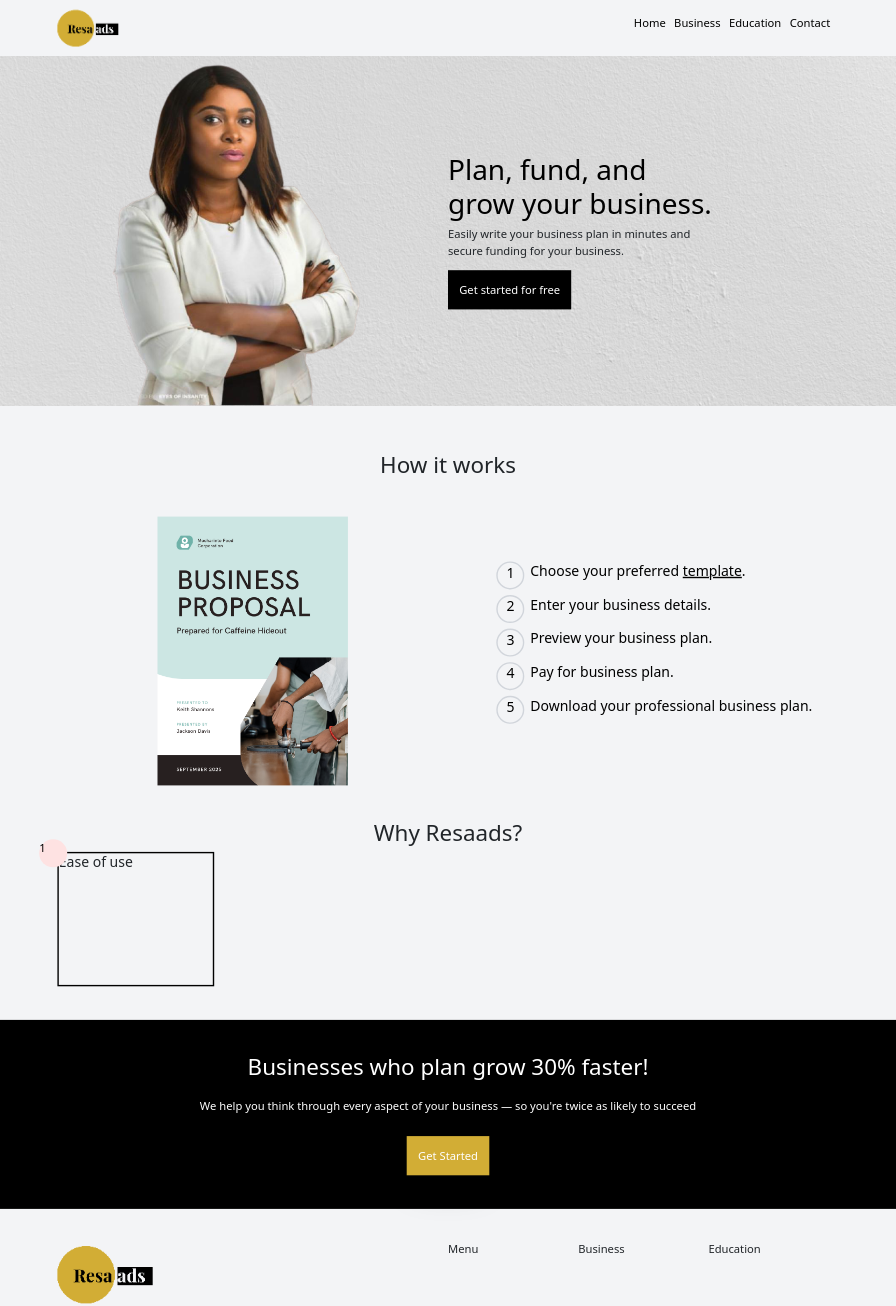
Repository: latenightsnacc/resaads-consults
Page: index.html
An editor plug-in stored every save of this project. The page is shown before and after the next save, followed by the edit.
The browser window is 1280 px wide. The pictures show the whole page, at 70% of full size.
Some web libraries are served in a nearby version.

Above is the page before, as saved 2021-08-05 12:35:20.

After the next save:
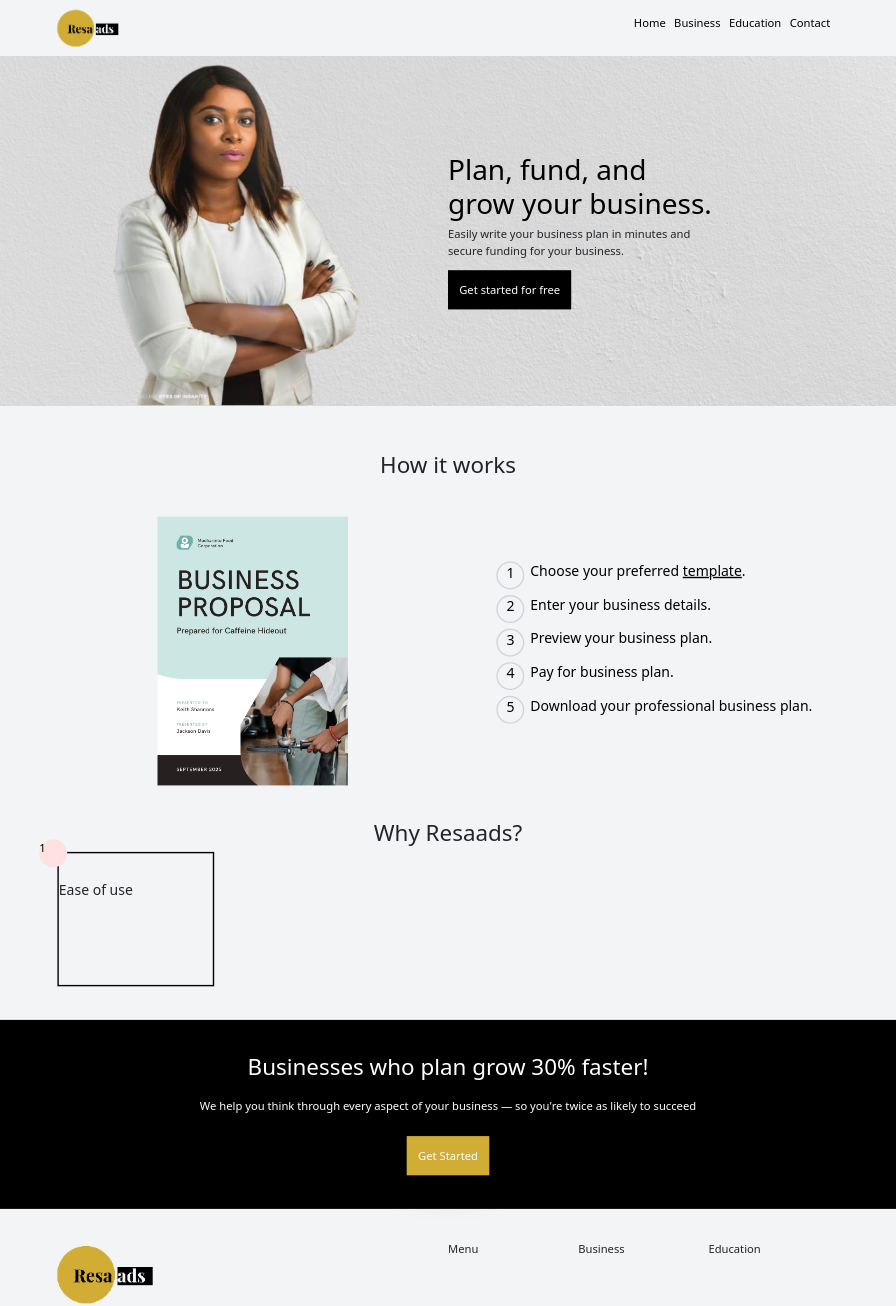
Saved 21 s later.
--- a/index.html
+++ b/index.html
@@ -128,7 +128,7 @@
                                     <div class="text-black bg-red-100 rounded-full w-10 h-10">1</div>
                                 </div>
                             </div>
-                            <h5>Ease of use</h5>
+                            <h5 class="mt-10">Ease of use</h5>
                         </div>
                     </div>
                     <div class="w-1/3"></div>
